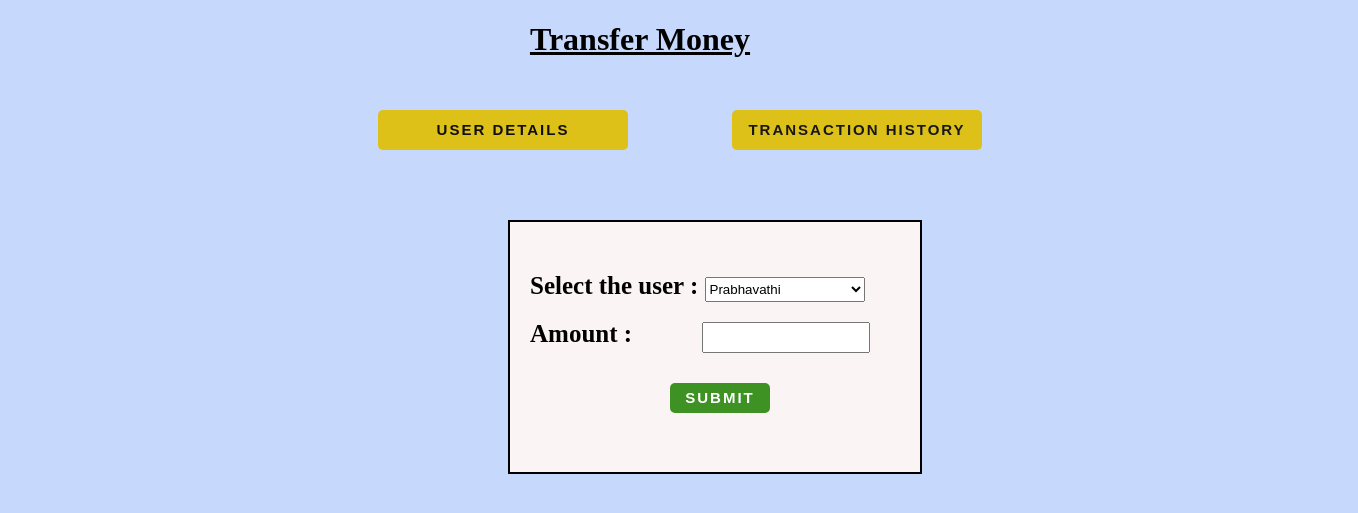
Repository: PrabhaBas/TheSparksFoundation_BasicBankingSystem
Page: http://localhost/PVBank/transfer_money.jsp
The author's editor kept a copy of each file at every save. The page is drawn from the files as they stood at one save, then again after the next save.
The browser window is 1280 px wide. The page is 1358 px wide, so the pictures cover 1358 px, including what lies to the right of the window. The pictures show the whole page.
Some web libraries are served in a nearby version. The page is served by Tomcat 9.

Above is the page before, as saved 2021-08-17 18:41:48.

After the next save:
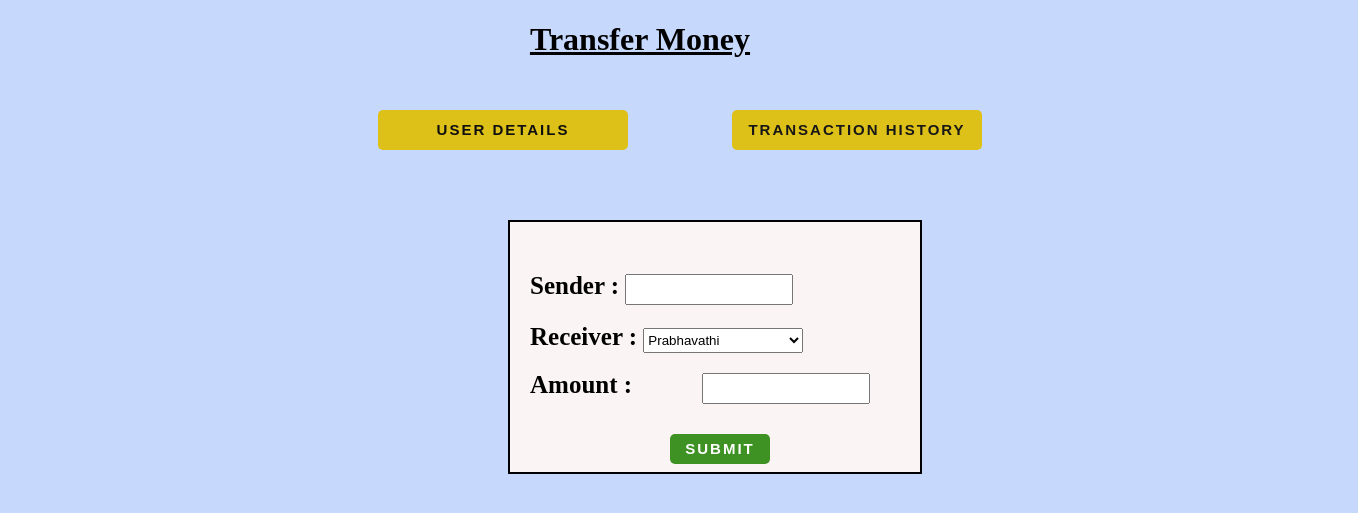
Saved 3 min 40 s later.
--- a/PVBank/src/main/webapp/transfer_money.jsp
+++ b/PVBank/src/main/webapp/transfer_money.jsp
@@ -15,12 +15,14 @@
 <body>
 <h1 id="head">Transfer Money</h1>
     <div class="transact">
-        <input type="submit" name="submit" onclick="location.href ='/View_user.jsp'" class="send-btn1" value="User Details">
-        <input type="submit" onclick="location.href ='/transactionhistory.jsp'" name="submit" class="send-btn2" value="Transaction History">
+        <input type="submit" onclick="location.href ='/View_user.html'" name="submit" class="send-btn1" value="User Details">
+        <input type="submit" name="submit" class="send-btn2" value="Transaction History">
     </div>
     <div >
    <form class="transact-form">
-       <label for="users" class="label1">Select the user : </label>
+       <label  class="label1">Sender   :  </label>
+       <input class="box" id="box2" type="text"><br><br>
+       <label for="users" class="label1">Receiver : </label>
        <select name="users" id="users" class="box">
         <option value="Prabhavathi">Prabhavathi</option>
         <option value="Maha">Maha</option>
@@ -40,5 +42,10 @@
        <input type="submit" name="submit" class="btn" value="Submit">
    </form>
 </div>
+
+
+
+
+
 </body>
 </html>
